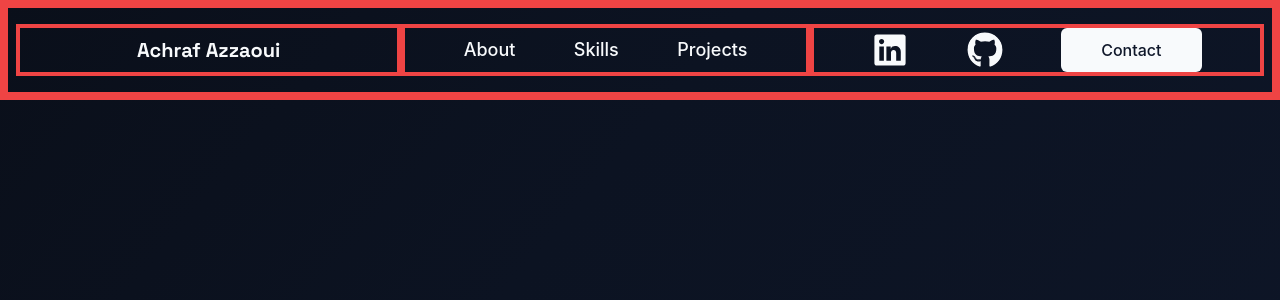
Repository: AchrafAzzaoui/Portfolio-Website
Page: / (app in achrafs-portfolio/)
An editor plug-in stored every save of this project. The page is shown before and after the next save, followed by the edit.
The browser window is 1280 px wide. The pictures show the whole page.
Some web fonts or font styles are not loaded; a fallback is used. The project was rebuilt for these pictures with package versions that can differ from the ones it lists, and the page was loaded fresh each time. Also part of the build but not shown: achrafs-portfolio/vite.config.ts.

Above is the page before, as saved 2025-01-02 22:16:09.

### achrafs-portfolio/index.html
<!DOCTYPE html>
<html lang="en">
  <head>
    <meta charset="UTF-8" />
    <link rel="icon" type="image/svg+xml" href="/vite.svg" />
    <meta name="viewport" content="width=device-width, initial-scale=1.0" />
    <!-- Inter for body text -->
    <link rel="preconnect" href="https://rsms.me/" />
    <link rel="stylesheet" href="https://rsms.me/inter/inter.css" />

    <!-- Space Grotesk for headlines -->
    <link rel="preconnect" href="https://fonts.googleapis.com" />
    <link rel="preconnect" href="https://fonts.gstatic.com" crossorigin />
    <link
      href="https://fonts.googleapis.com/css2?family=Space+Grotesk:wght@500;600;700&display=swap"
      rel="stylesheet"
    />
    <title>Achraf's Portfolio Website</title>
  </head>
  <body>
    <div id="root"></div>
    <script type="module" src="/src/main.tsx"></script>
  </body>
</html>

### achrafs-portfolio/src/index.css
@tailwind base;
@tailwind components;
@tailwind utilities;
@tailwind base;
@tailwind components;
@tailwind utilities;

@layer base {
  * {
    margin: 0;
    padding: 0;
    box-sizing: border-box;
  }

  html {
    scroll-behavior: smooth;
  }

  body {
    @apply font-sans antialiased;
  }

  ul,
  ol {
    list-style: none;
  }

  a {
    text-decoration: none;
    color: inherit;
  }

  img {
    max-width: 100%;
    height: auto;
  }

  button {
    background: none;
    border: none;
    cursor: pointer;
  }
}

### achrafs-portfolio/src/App.tsx
import "./index.css";
import Header from "./components/layout/Header.tsx";
export default function App() {
  return (
    <div className="min-h-screen bg-gradient-dark">
      <Header />
    </div>
  );
}

### achrafs-portfolio/src/components/layout/Header.tsx
import { useState } from "react";
import { RxLinkedinLogo } from "react-icons/rx";
import { FaGithub } from "react-icons/fa";

export default function Header() {
  const [isMenuOpen, setIsMenuOpen] = useState(false);

  return (
    <header className="px-2 py-4 border-8 border-red-500">
      <nav className="flex ">
        <div className="basis-3/16 flex-auto flex justify-center items-center font-display font-bold text-dark-text-primary border-4 border-red-500">
          <h2 className="text-xl">Achraf Azzaoui</h2>
        </div>
        <div className="basis-7/16 flex-auto flex justify-evenly items-center border-4 border-red-500">
          <a
            href="#about"
            className="font-sans font-medium text-dark-text-primary text-lg"
          >
            About
          </a>
          <a
            href="#skills"
            className="font-sans font-medium text-dark-text-primary text-lg"
          >
            Skills
          </a>
          <a
            href="#projects"
            className="font-sans font-medium text-dark-text-primary text-lg"
          >
            Projects
          </a>
        </div>
        <div className="basis-6/16 flex-auto flex justify-evenly items-center border-4 border-red-500">
          <RxLinkedinLogo className="text-4xl rounded-sm text-dark-text-primary" />
          <FaGithub className="text-4xl rounded-full text-dark-text-primary" />
          <button className="px-10 py-2.5 border-2 border-dark-text-primary bg-dark-text-primary rounded-md text-light-text-primary font-sans font-medium">
            Contact
          </button>
        </div>
      </nav>
    </header>
  );
}

### achrafs-portfolio/tailwind.config.js
/** @type {import('tailwindcss').Config} */
const defaultTheme = require("tailwindcss/defaultTheme");

export default {
  content: ["./index.html", "./src/**/*.{js,ts,jsx,tsx}"],
  theme: {
    extend: {
      backgroundImage: {
        "gradient-dark":
          "linear-gradient(130deg, #0A0F1A 0%, #0C1322 40%, #0E1628 100%)",
        "gradient-light":
          "linear-gradient(130deg, #F8FAFC 0%, #EEF2F6 40%, #E2E8F0 100%)", // Light theme gradient
      },
      colors: {
        // Dark theme
        dark: {
          text: {
            primary: "#F8FAFC", // Almost white
            secondary: "#94A3B8", // Lighter gray
            muted: "#64748B", // Muted gray
          },
        },
        // Light theme
        light: {
          text: {
            primary: "#0F172A", // Very dark blue/gray
            secondary: "#334155", // Dark gray
            muted: "#64748B", // Same as dark for balance
          },
        },
      },
      fontFamily: {
        sans: ["Inter", ...defaultTheme.fontFamily.sans],
        display: ["Space Grotesk", ...defaultTheme.fontFamily.sans],
      },
    },
  },
  plugins: [],
};

Loaded but not shown: achrafs-portfolio/src/main.tsx (common file)

After the next save:
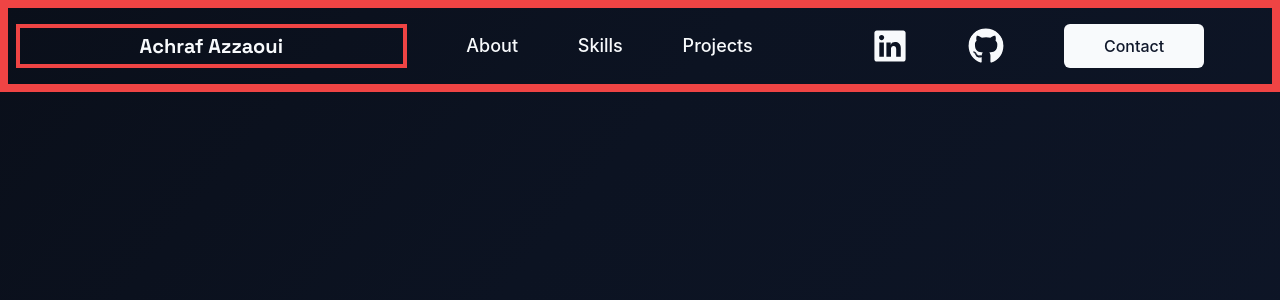
Saved 16 s later.
--- a/achrafs-portfolio/src/components/layout/Header.tsx
+++ b/achrafs-portfolio/src/components/layout/Header.tsx
@@ -11,7 +11,7 @@ export default function Header() {
         <div className="basis-3/16 flex-auto flex justify-center items-center font-display font-bold text-dark-text-primary border-4 border-red-500">
           <h2 className="text-xl">Achraf Azzaoui</h2>
         </div>
-        <div className="basis-7/16 flex-auto flex justify-evenly items-center border-4 border-red-500">
+        <div className="basis-7/16 flex-auto flex justify-evenly items-center">
           <a
             href="#about"
             className="font-sans font-medium text-dark-text-primary text-lg"
@@ -31,7 +31,7 @@ export default function Header() {
             Projects
           </a>
         </div>
-        <div className="basis-6/16 flex-auto flex justify-evenly items-center border-4 border-red-500">
+        <div className="basis-6/16 flex-auto flex justify-evenly items-center">
           <RxLinkedinLogo className="text-4xl rounded-sm text-dark-text-primary" />
           <FaGithub className="text-4xl rounded-full text-dark-text-primary" />
           <button className="px-10 py-2.5 border-2 border-dark-text-primary bg-dark-text-primary rounded-md text-light-text-primary font-sans font-medium">
